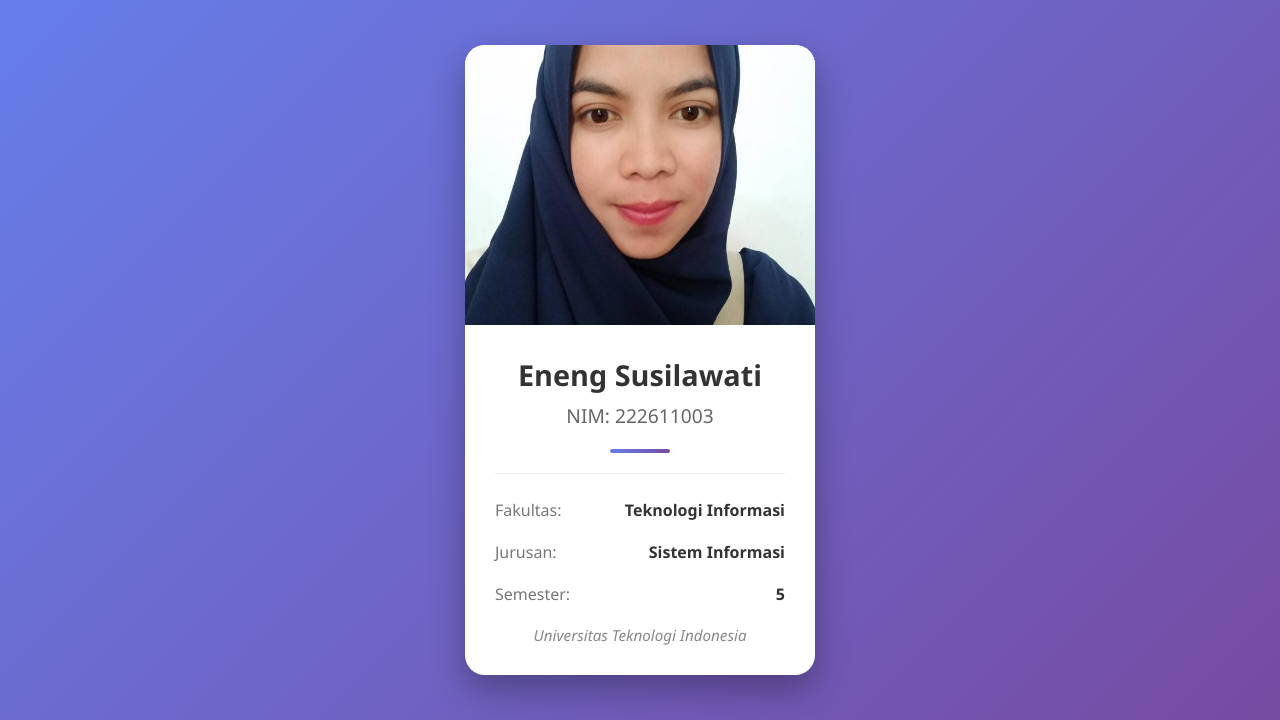
Repository: usysarfaraz/mockup-sistem-Otomatisasi-Input-Produksi-Kahatex-Eneng-Susilawati
Page: http://localhost/
The author's editor kept a copy of each file at every save. The page is drawn from the files as they stood at one save, then again after a run of saves.
The browser window is 1280 px wide. The pictures show the whole page.
The page is run by PHP 8.4 with error messages shown; the project is at /var/www/html/.

Above is the page before, as saved 2025-10-15 16:49:33.

### index.php
<!DOCTYPE html>
<html lang="en">
<head>
    <meta charset="UTF-8">
    <meta http-equiv="X-UA-Compatible" content="IE=edge">
    <meta name="viewport" content="width=device-width, initial-scale=1.0">
    <title>Profil Mahasiswa</title>
    <style>
        * {
            margin: 0;
            padding: 0;
            box-sizing: border-box;
            font-family: 'Segoe UI', Tahoma, Geneva, Verdana, sans-serif;
        }

        body {
            background: linear-gradient(135deg, #667eea 0%, #764ba2 100%);
            min-height: 100vh;
            display: flex;
            justify-content: center;
            align-items: center;
            padding: 20px;
        }

        .card {
            background: white;
            border-radius: 20px;
            overflow: hidden;
            box-shadow: 0 15px 35px rgba(0, 0, 0, 0.3);
            transition: transform 0.3s, box-shadow 0.3s;
            max-width: 350px;
            width: 100%;
        }

        .card:hover {
            transform: translateY(-10px);
            box-shadow: 0 20px 40px rgba(0, 0, 0, 0.4);
        }

        .photo-container {
            width: 100%;
            height: 280px;
            overflow: hidden;
            position: relative;
        }

        .photo {
            width: 100%;
            height: 100%;
            object-fit: cover;
            transition: transform 0.5s;
        }

        .card:hover .photo {
            transform: scale(1.08);
        }

        .info-container {
            padding: 30px;
            text-align: center;
        }

        .name {
            font-size: 1.8rem;
            font-weight: 700;
            color: #333;
            margin-bottom: 8px;
        }

        .nim {
            font-size: 1.2rem;
            color: #666;
            font-weight: 500;
            margin-bottom: 20px;
        }

        .divider {
            height: 4px;
            width: 60px;
            background: linear-gradient(to right, #667eea, #764ba2);
            margin: 0 auto 20px auto;
            border-radius: 4px;
        }

        .details {
            margin-top: 20px;
            padding-top: 20px;
            border-top: 1px solid #eee;
        }

        .detail-item {
            display: flex;
            justify-content: space-between;
            margin-bottom: 10px;
            padding: 5px 0;
        }

        .detail-label {
            color: #777;
            font-weight: 500;
        }

        .detail-value {
            color: #333;
            font-weight: 600;
        }

        .university {
            margin-top: 15px;
            font-style: italic;
            color: #888;
            font-size: 0.95rem;
        }

        @media (max-width: 400px) {
            .card {
                max-width: 300px;
            }

            .photo-container {
                height: 240px;
            }

            .name {
                font-size: 1.6rem;
            }

            .nim {
                font-size: 1.1rem;
            }
        }
    </style>
</head>
<body>
    <div class="card">
        <div class="photo-container">
            <img src="img/photo_2025-10-15_16-24-52.jpg" alt="Foto Mahasiswa" class="photo">
        </div>
        <div class="info-container">
            <div class="name">Eneng Susilawati</div>
            <div class="nim">NIM: 222611003</div>
            <div class="divider"></div>

            <div class="details">
                <div class="detail-item">
                    <span class="detail-label">Fakultas:</span>
                    <span class="detail-value">Teknologi Informasi</span>
                </div>
                <div class="detail-item">
                    <span class="detail-label">Jurusan:</span>
                    <span class="detail-value">Sistem Informasi</span>
                </div>
                <div class="detail-item">
                    <span class="detail-label">Semester:</span>
                    <span class="detail-value">5</span>
                </div>
            </div>

            <div class="university">Universitas Teknologi Indonesia</div>
        </div>
    </div>
</body>
</html>

After the next 2 saves:
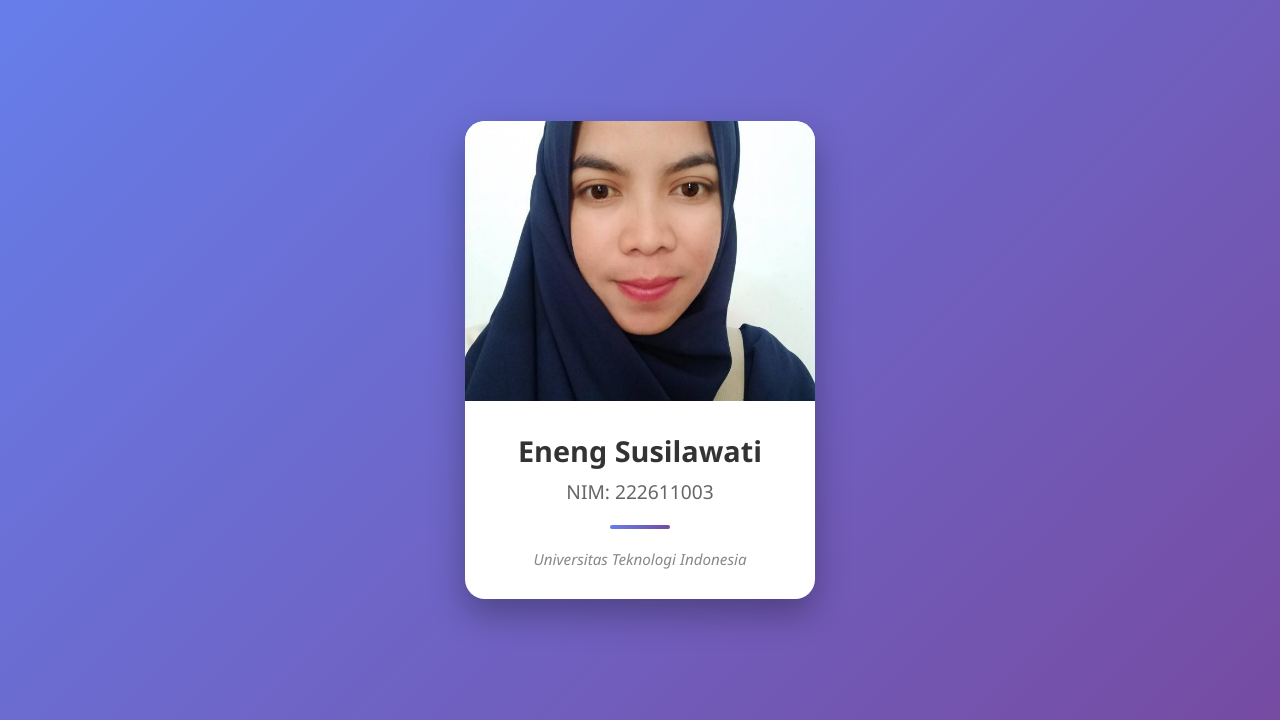
The 2 saves are shown as one change because they came seconds apart.
The last was saved 17 s later.
--- a/index.php
+++ b/index.php
@@ -141,21 +141,6 @@
             <div class="nim">NIM: 222611003</div>
             <div class="divider"></div>
 
-            <div class="details">
-                <div class="detail-item">
-                    <span class="detail-label">Fakultas:</span>
-                    <span class="detail-value">Teknologi Informasi</span>
-                </div>
-                <div class="detail-item">
-                    <span class="detail-label">Jurusan:</span>
-                    <span class="detail-value">Sistem Informasi</span>
-                </div>
-                <div class="detail-item">
-                    <span class="detail-label">Semester:</span>
-                    <span class="detail-value">5</span>
-                </div>
-            </div>
-
             <div class="university">Universitas Teknologi Indonesia</div>
         </div>
     </div>
